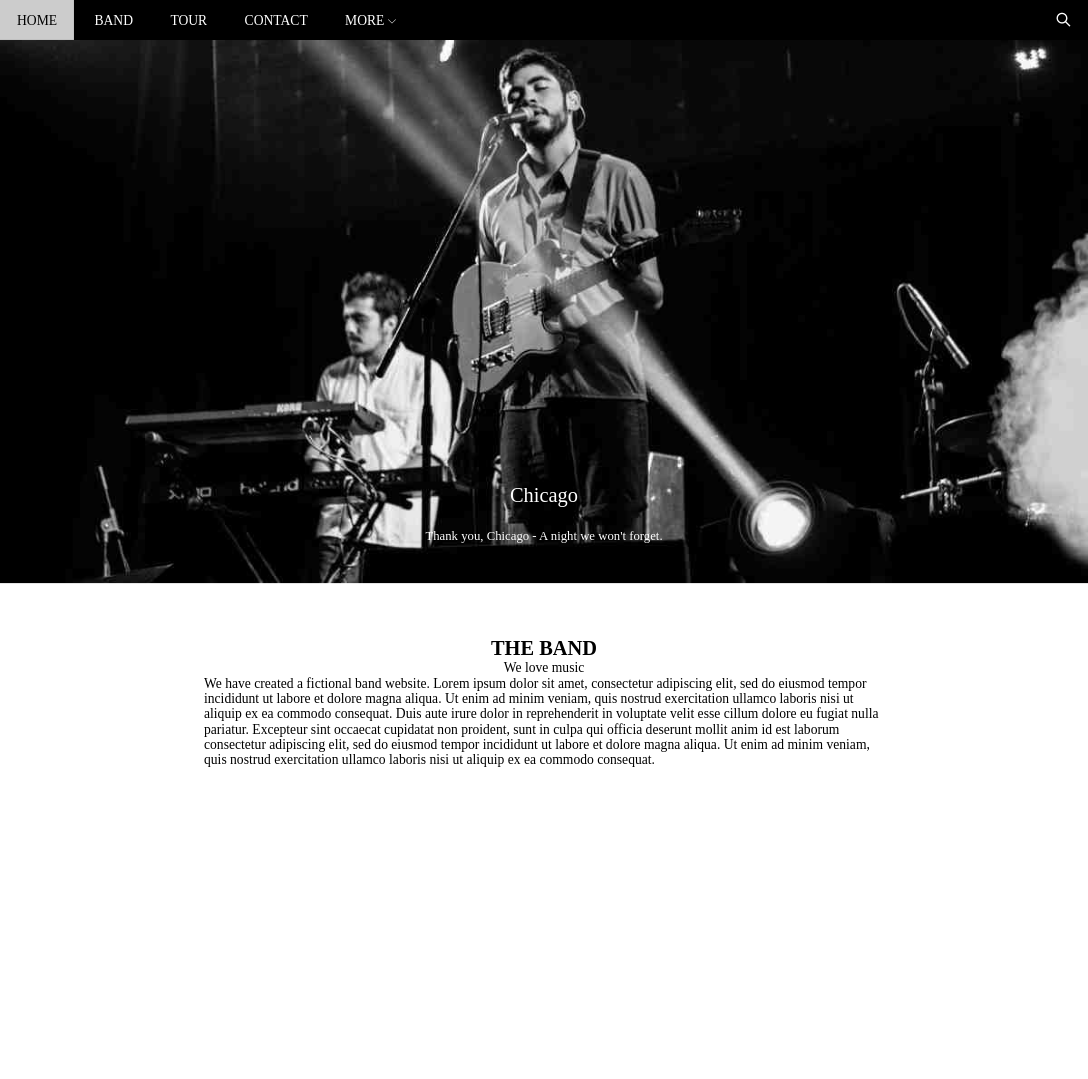
Repository: Dino0411/Dino0411.github.io
Page: index.html
The author's editor kept a copy of each file at every save. The page is drawn from the files as they stood at one save, then again after the next save.
The browser window is 1280 px wide. The pictures show the whole page, at 85% of full size.

Above is the page before, as saved 2021-10-04 11:41:27.

### index.html
<!DOCTYPE html>
<html lang="en">
<head>
    <meta charset="UTF-8">
    <meta http-equiv="X-UA-Compatible" content="IE=edge">
    <meta name="viewport" content="width=device-width, initial-scale=1.0">
    <link rel="stylesheet" href="./assets/css/style.css">
    <link rel="stylesheet" href="./assets/fonts/themify-icons/themify-icons.css">
    <title>Document</title>
</head>
<body>
    <div id="main">
        <!-- TODO:header -->
        <div id="header">
            <!-- TODO:begin nav -->
            <ul id="nav">
                <li><a href="">Home</a></li>
                <li><a href="">Band</a></li>
                <li><a href="">Tour</a></li>
                <li><a href="">Contact</a></li>
                <li>
                    <a href="">
                        More
                        <i class="nav-arrow-down ti-angle-down"></i>
                    </a>
                    <ul class="subnav">
                        <li><a href="">Merchandise</a></li>
                        <li><a href="">Extras</a></li>
                        <li><a href="">Media</a></li>
                    </ul>
                </li>
            </ul>
            <!-- TODO:end nav -->

            <!-- TODO:begin search -->
            <div class="search-bth">
                <i class="search-icon  ti-search"></i>
            </div>
            <!-- TODO:end search -->
        </div>
        <!-- TODO:slider -->
        <div id="slider">
            <div class="text-content">
                <h2 class="text-heading">Chicago</h2>
                <div class="text-description">Thank you, Chicago - A night we won't forget.</div>
            </div>
        </div>
        <!-- TODO:content -->
        <div id="content">
            <div class="content-session">
                <h2 class="session-heading">THE BAND</h2>
                <p class="session-sub-heading">We love music</p>
                <p class="about-text">We have created a fictional band website. Lorem ipsum dolor sit amet, consectetur adipiscing elit, sed do eiusmod tempor incididunt ut labore et dolore magna aliqua. Ut enim ad minim veniam, quis nostrud exercitation ullamco laboris nisi ut aliquip ex ea commodo consequat. Duis aute irure dolor in reprehenderit in voluptate velit esse cillum dolore eu fugiat nulla pariatur. Excepteur sint occaecat cupidatat non proident, sunt in culpa qui officia deserunt mollit anim id est laborum consectetur adipiscing elit, sed do eiusmod tempor incididunt ut labore et dolore magna aliqua. Ut enim ad minim veniam, quis nostrud exercitation ullamco laboris nisi ut aliquip ex ea commodo consequat.</p>
            </div>
            <div class="content-session"></div>
            <div class="content-session"></div>
        </div>
        <!-- TODO:footer -->
        <div id="footer">

        </div>
    </div>
</body>
</html>

### assets/css/style.css
/* ! reser css
    ! Emmet(p0;m0)
*/
* {
  margin: 0;
  padding: 0;
  box-sizing: border-box;
}

html {
  font-family: cursive;
}
/* TODO:start
TODO: từ ngoài vào trong
TODO: từ trên xuống dưới
TODO:tổng quan đến chi tiết
*/

/*
? vị trí
? kích thước(width,height)
? màu sắc
? kiểu dáng(kiểu chữ,...)
*/
#main {
}
#header {
  position: fixed;
  top: 0;
  left: 0;
  right: 0;
  height: 47px;
  background-color: #000;
  z-index: 2;
}
#nav {
  display: inline-block;
}
#nav,
.subnav {
  list-style: none;
}
#nav > li {
  display: inline-block;
  position: relative;
}
#nav > li > a {
  color: #fff;
  text-transform: uppercase;
}
#nav li a {
  text-decoration: none;
  padding: 0px 20px;
  line-height: 47px;
}
#nav li:hover .subnav {
  display: block;
}
#nav > li:hover > a,
#nav .subnav a:hover {
  color: #000;
  background-color: #ccc;
  display: block;
}
#nav .subnav {
  display: none;
  position: absolute;
  top: 100%;
  left: 0;
  min-width: 160px;
  background-color: #fff;
  box-shadow: rgba(100, 100, 111, 0.5) 0px 7px 29px 0px;
}
#nav .subnav a {
  color: #000;
  padding: 0 12px;
  line-height: 40px;
}
#nav .nav-arrow-down {
  font-size: 10px;
}
#header .search-bth {
  float: right;
  padding: 0 21px;
}
#header .search-bth:hover {
  background-color: #f44336;
}
#header .search-icon {
  color: #fff;
  font-size: 16px;
  line-height: 46px;
  font-weight: 1000;
}
#slider {
  position: relative;
  margin-top: 46px;
  padding-top: 50%;
  background: url("/assets/img/slider/slider1.jpg") top center / cover no-repeat;
}
#slider .text-content {
  position: absolute;
  color: #fff;
  bottom: 47px;
  width: 100%;
  text-align: center;
}
#slider .text-heading {
  font-weight: 500;
  font-size: 24px;
}
#slider .text-description {
  font-size: 15px;
  margin-top: 25px;
}
#content {
}
#content .content-session {
  width: 800px;
  padding: 64px 0px;
  margin-left: auto;
  margin-right: auto;
}
#content .session-heading {
  text-align: center;
}
#content .session-sub-heading {
  text-align: center;
}
#footer {
}

Loaded but not shown: assets/fonts/themify-icons/themify-icons.css (common file)

After the next save:
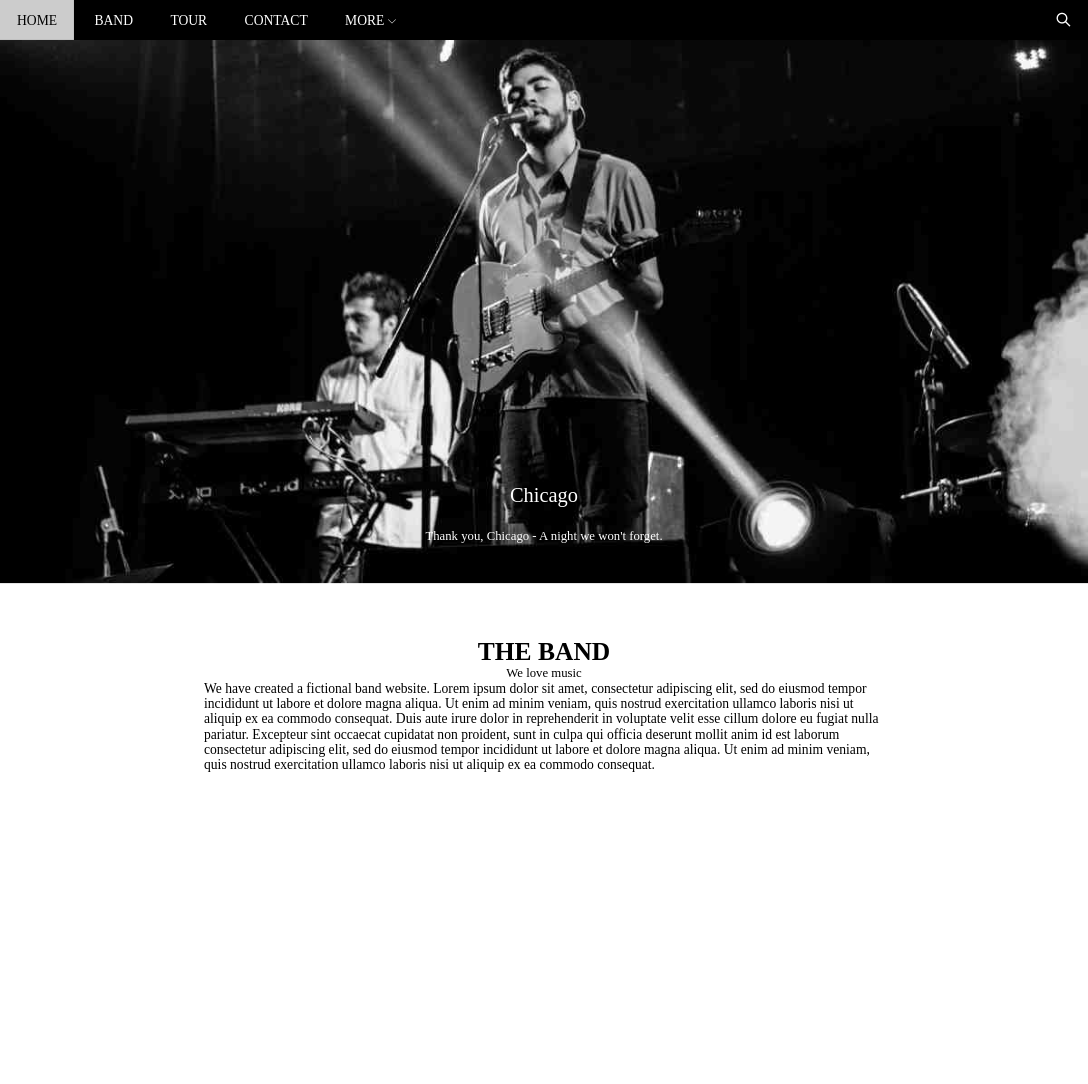
Saved 82 s later.
--- a/assets/css/style.css
+++ b/assets/css/style.css
@@ -123,9 +123,11 @@
 }
 #content .session-heading {
   text-align: center;
+  font-size: 30px;
 }
 #content .session-sub-heading {
   text-align: center;
+  font-size: 15px;
 }
 #footer {
 }
